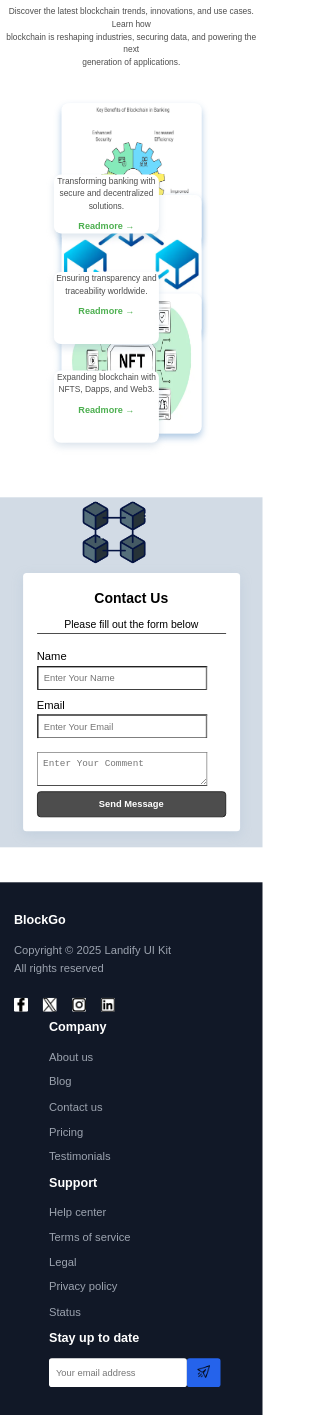
Repository: Tafsirul555/Assignment
Page: Assignment/index.html
The author's editor kept a copy of each file at every save. The page is drawn from the files as they stood at one save, then again after the next save.
The browser window is 375 px wide. The page is 480 px wide, so the pictures cover 480 px, including what lies to the right of the window. The pictures show the part of the page from y = 2818 to 5058 px (the page is 4840 px tall before and 5440 px after), at 70% of full size.

Above is the page before, as saved 2025-06-12 23:24:50.

After the next save:
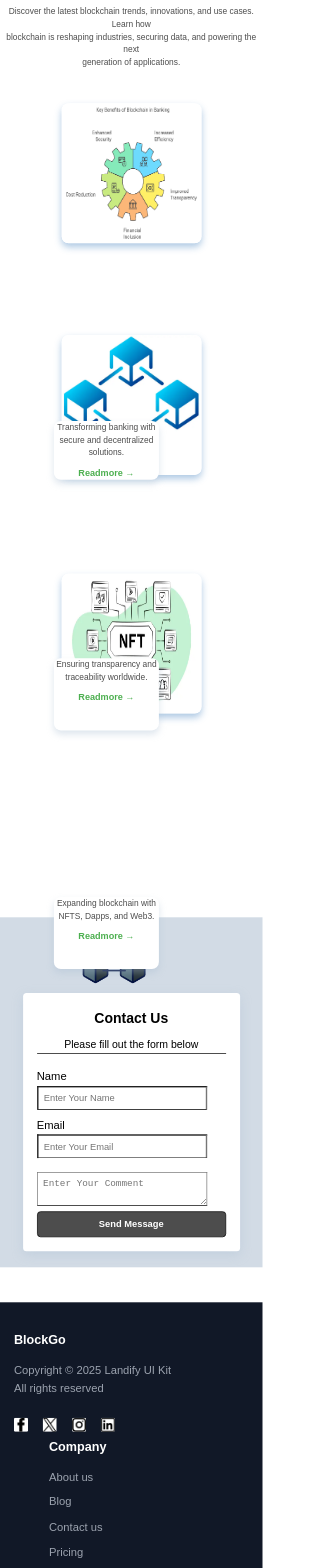
Saved 13 s later.
--- a/Assignment/Assignment1.css
+++ b/Assignment/Assignment1.css
@@ -513,8 +513,7 @@ article img{
     .BlockchainFuture-box3 .text3 {
         text-align: center;
         position: relative;
-        margin-top: -200px;
-        margin-right: -100px;
+
     }
 }
 
